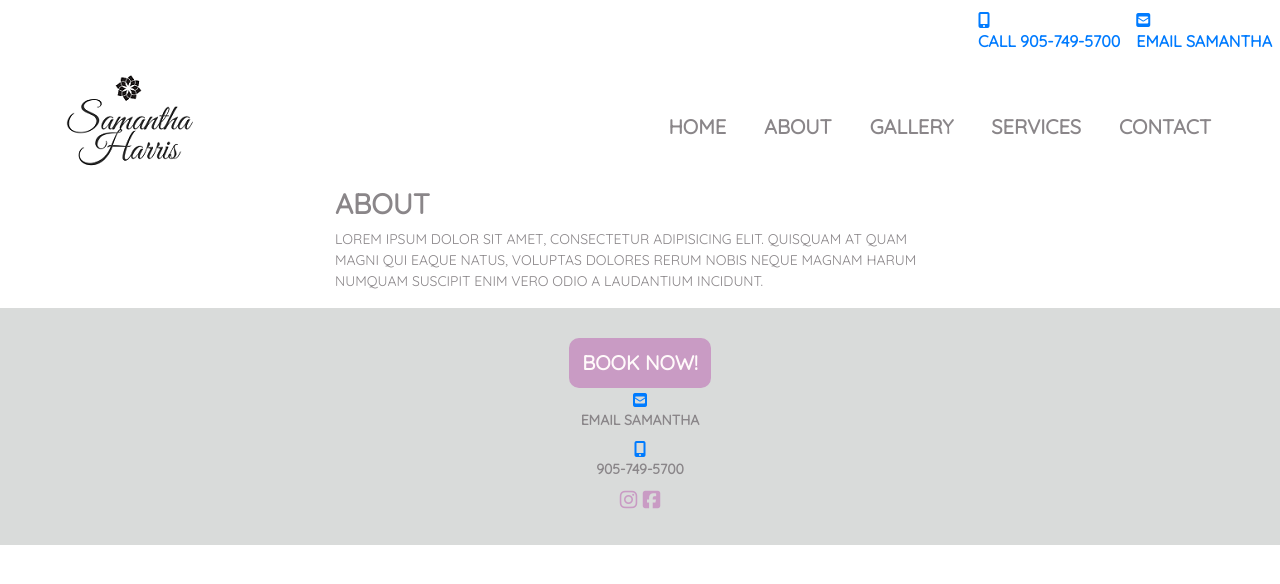
Repository: JayneyNix/milestone-1-UCFD
Page: about.html
The author's editor kept a record of every edit. The page is drawn from the files as they stood at one moment, then again after the next edit.
The browser window is 1280 px wide. The pictures show the whole page.
Some web libraries are served in a nearby version.

Above is the page before.

After the next edit:
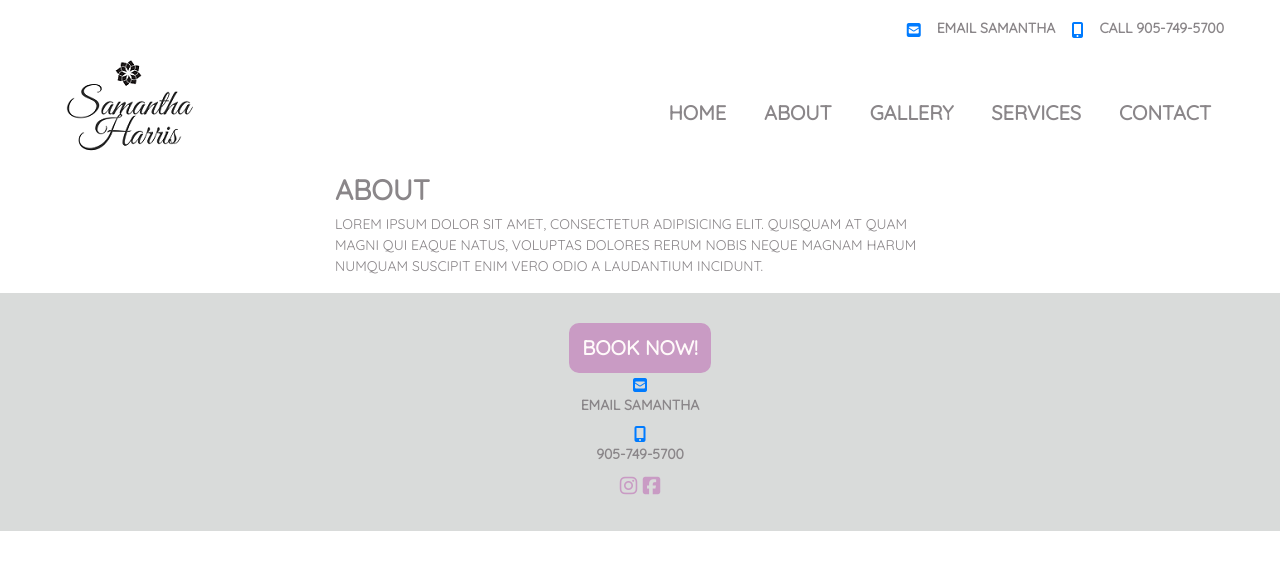
The edit:
--- a/about.html
+++ b/about.html
@@ -17,20 +17,25 @@
 <body>
     <!--Navigation-->
 
-    <div class="d-flex justify-content-end">
-        <div class="d-flex contact-header flex-row-reverse align-items-center">
-            <div class="p-2"><a class="email-header" href="mailto:bookings@samanthaharris.ca" target="-blank"><i class="fas fa-envelope-square" aria-hidden="true"></i><h4 class="h4 headings">Email Samantha</h4></a></div>
-            <div class="p-2"><a class="call-header" href="tel:905-749-5700"><i class="fas fa-mobile-alt" aria-hidden="true"></i><h4 class="h4 headings">Call 905-749-5700</h4></a></div>
-
+    <div class="d-flex flex-row-reverse mt-2 pr-5 align-items-center">
+        <div class="p-2 call-text mt-1">
+            <a class="call-header" href="tel:905-749-5700" target="-blank">
+               <h5 class="h5 headings"><span class="number">Call 905-749-5700</span></h5>
+            </a>
+        </div>
+        <div class="p-2 call-icon"><a class="call-header" href="tel:905-749-5700" target="-blank"><i class="fas fa-mobile-alt" aria-hidden="true"></i></a>
+        </div>
+        <div class="p-2 email-text mt-1">
+            <a class="email-header" href="mailto:bookings@samanthaharris.ca" target="-blank">
+                <span class="align-middle"><h5 class="h5 headings">Email Samantha</h5></span>
+            </a>
+        </div>
+        <div class="p-2 email-icon"><a class="email-header" href="mailto:bookings@samanthaharris.ca" target="-blank"><i class="fas fa-envelope-square" aria-hidden="true"></i></a>
         </div>
     </div>
 
 
-
-
-
-
-<div class="container-fluid nav-container no-padding">
+    <div class="container-fluid nav-container no-padding">
         <nav class="navbar navbar-light navbar-expand-sm">
 
             <a class="navbar-brand" href="index.html">
@@ -44,10 +49,10 @@
             <div class="collapse navbar-collapse" id="navbarNavDropdown">
                 <ul class="navbar-nav navbar-default ml-auto">
                     <li class="nav-item">
-                        <a class="nav-link" href="index.html">Home</a>
+                        <a class="nav-link active" href="index.html">Home</a>
                     </li>
                     <li class="nav-item">
-                        <a class="nav-link active" href="about.html">About</a>
+                        <a class="nav-link" href="about.html">About</a>
                     </li>
                     <li class="nav-item">
                         <a class="nav-link" href="gallery.html">Gallery</a>
@@ -56,7 +61,7 @@
                         <a class="nav-link" href="services.html">Services</a>
                     </li>
                     <li class="nav-item">
-                        <a class="nav-link active" href="contact.html">Contact</a>
+                        <a class="nav-link" href="contact.html">Contact</a>
                     </li>
                 </ul>
             </div>
